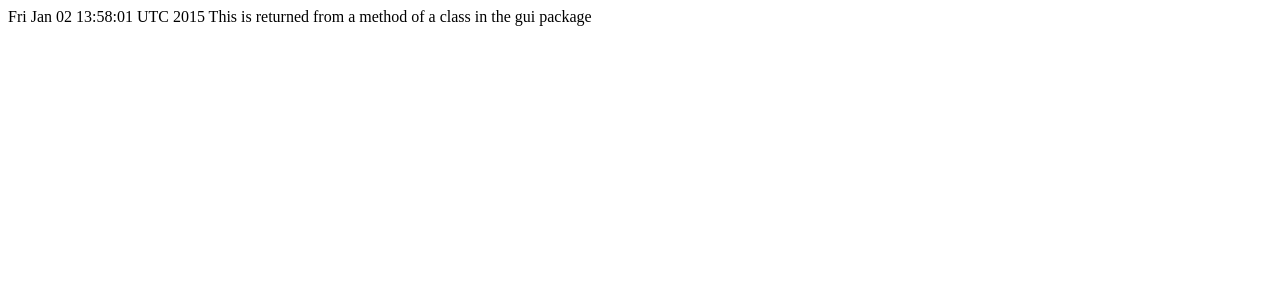
Repository: kanastasov/Java-Web-App
Page: http://localhost/2.1-Scriptlets/forward.jsp
These files come from the project's save history. The page is drawn as it stood at one moment and after the next save; the edit follows.
The browser window is 1280 px wide. The pictures show the whole page.
The page is served by Tomcat 9.

Above is the page before, as saved 2015-01-03 10:56:37.

After the next save:
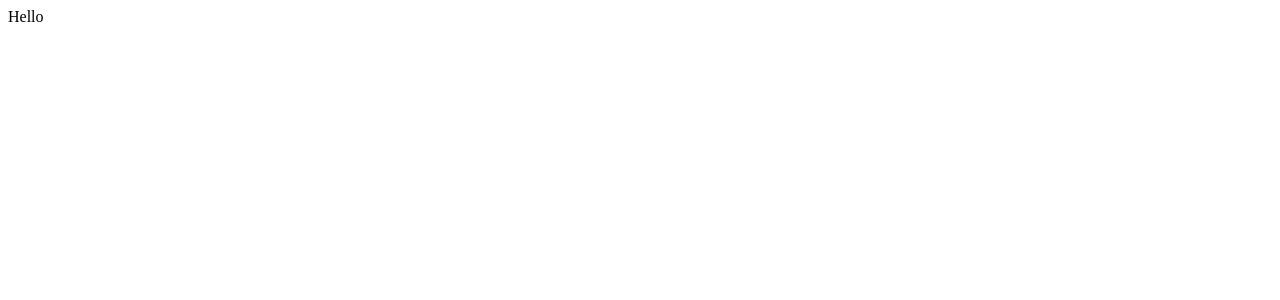
Saved 32 s later.
--- a/2.1-Scriptlets/WebContent/forward.jsp
+++ b/2.1-Scriptlets/WebContent/forward.jsp
@@ -10,7 +10,7 @@
 
 Hello
 
-<!-- forward replace the content  <jsp:forward page="index.jsp"></jsp:forward> -->
+
 
 
 </body>

After the save that followed:
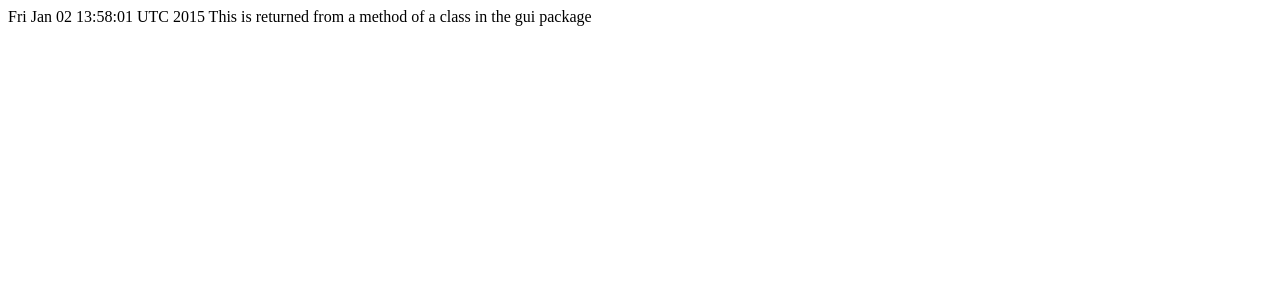
Saved 48 s later.
--- a/2.1-Scriptlets/WebContent/forward.jsp
+++ b/2.1-Scriptlets/WebContent/forward.jsp
@@ -10,7 +10,10 @@
 
 Hello
 
+<%
 
+request.getRequestDispatcher("index.jsp").forward(request, response);
+%>
 
 
 </body>
